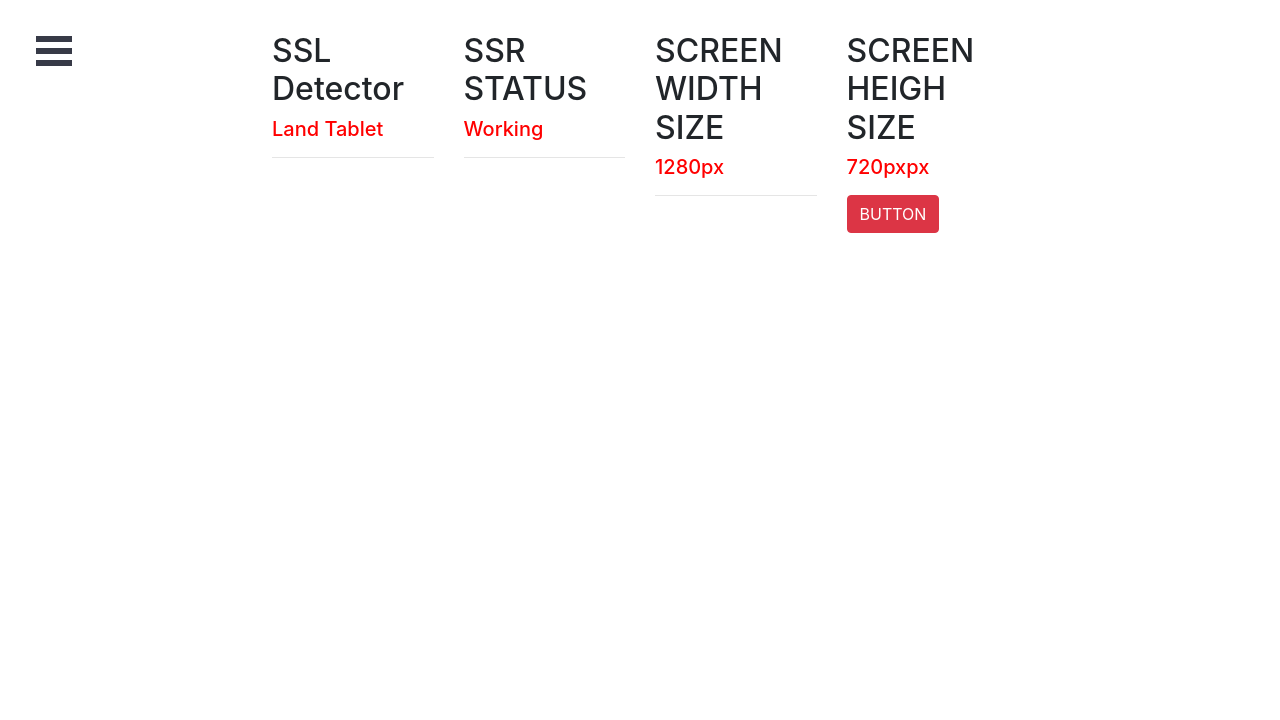
Repository: adrihle/screen-detector-nextpwa
Page: /
An editor plug-in stored every save of this project. The page is shown before and after the next save, followed by the edit.
The browser window is 1280 px wide. The pictures show the whole page.
The project was rebuilt for these pictures with package versions that can differ from the ones it lists, and the page was loaded fresh each time. The framework's server and built-in components were replaced by stand-ins that run in the browser. Imported but missing from the stored project, and not drawn on this page: pages/_document.

Above is the page before, as saved 2020-12-29 18:32:42.

### pages/_app.js
import App, { Container } from "next/app";
import Head from "next/head";
import styled, { createGlobalStyle } from "styled-components";
import { title } from "./_document";
import ScreenSizeLayout from '../components/smart/ScreenSizeLayout'

// Any global CSS variables and selectors we want
const GlobalStyle = createGlobalStyle`
  :root {
    --padding: 2rem;
    --max-width: 50rem;
  }

  body {
    background: var(--background--1);
    font-family: 'PT Sans', sans-serif;
    margin: 0;
  }
`;

const Main = styled.main`
  margin: 0 auto;
  max-width: var(--max-width);
  padding: var(--padding);
`;

export default class MyApp extends App {
  static async getInitialProps({ Component, ctx }) {
    let pageProps = {};

    if (Component.getInitialProps) {
      pageProps = await Component.getInitialProps(ctx);
    }

    return { pageProps };
  }

  render() {
    const { Component, pageProps, router } = this.props;

    return (
      <>
        <Head>
          <title>{title}</title>
          <link rel="stylesheet" href="https://stackpath.bootstrapcdn.com/bootstrap/4.3.1/css/bootstrap.min.css" integrity="sha384-ggOyR0iXCbMQv3Xipma34MD+dH/1fQ784/j6cY/iJTQUOhcWr7x9JvoRxT2MZw1T" crossorigin="anonymous"></link>
        </Head>
        <Container>
          {/* here a style layout */}
          <Main>
            {/* here a smart screen detector */}
            <ScreenSizeLayout>
              <Component {...pageProps} router={router} />
            </ScreenSizeLayout>
          </Main>
          <GlobalStyle />
        </Container>
      </>
    );
  }
}

### pages/index.js
import Nav from '../components/navigation/mobile'

const Index = ({ server, measures, screen }) => {

  const width = measures && measures[0] + 'px'
  const heigh = measures && measures[1] + 'px'


  return (
    <div  id='container'>
      <Nav pageWrap={'content'} outerContainer={'container'} />
      <div className='row' id='content'>
        <div className="col-md-6 col-lg-3">
          <h2>SSL Detector</h2>
          <h5 style={{color:'red'}}>{screen}</h5>
          <hr />
        </div>
        <div className="col-md-6 col-lg-3">
          <h2>SSR STATUS</h2>
          <h5 style={{color:'red'}}>{server ? 'Working' : 'Not Working'}</h5>
          <hr />
        </div>
        <div className="col-md-6 col-lg-3">
          <h2>SCREEN WIDTH SIZE</h2>
          <h5 style={{color:'red'}}>{width}</h5>
          <hr/>
        </div>
        <div className="col-md-6 col-lg-3">
          {(measures && measures[0]>240) && (
            <>
              <h2>SCREEN HEIGH SIZE</h2>
              <h5 style={{color:'red'}}>{`${heigh}px`}</h5>
              <button className='btn btn-danger mt-2'>BUTTON</button>
            </>
          )}
        </div>
      </div>
    </div>
  )
}

Index.getInitialProps = async function() {
  return {
    server: true,
  }
};

export default Index;

### components/smart/ScreenSizeLayout.tsx
import {Children, cloneElement, useState, useEffect } from 'react'

const ScreenSizeLayout = ({ children }) => {

    const [screen, setScreen] = useState(null)
    const [measures, setMeasures] = useState(null)

    const handleSize = () => {
        let width = window.innerWidth
        let heigh = window.innerHeight
        setMeasures([width, heigh])

        let landscape = width > heigh

        if (width < 420){setScreen('Mobile')}
        else if (width > 420 && width < 850 && landscape){setScreen('Land Mobile')}
        else if (width > 420 && width < 1300 && !landscape){setScreen('Tablet')}
        else if (width > 820 && width < 1400 && landscape){setScreen('Land Tablet')}
        else {setScreen('Desktop')}
    }

    useEffect(() => {
        handleSize()
        window.addEventListener('resize', handleSize)
        return () => {window.removeEventListener('resize', handleSize)}
    },[])

    const childrenWithProps = Children.map(children, child => {
        return cloneElement(child, {
            measures,
            screen
        });
      });

    return (
        <>
            {childrenWithProps}
        </>
    )
}

export default ScreenSizeLayout

### components/navigation/mobile.tsx
import { slide as Menu } from 'react-burger-menu'

var styles = {
    bmBurgerButton: {
      position: 'fixed',
      width: '36px',
      height: '30px',
      left: '36px',
      top: '36px'
    },
    bmBurgerBars: {
      background: '#373a47'
    },
    bmBurgerBarsHover: {
      background: '#a90000'
    },
    bmCrossButton: {
      height: '24px',
      width: '24px'
    },
    bmCross: {
      background: '#bdc3c7'
    },
    bmMenuWrap: {
      position: 'fixed',
      height: '100%'
    },
    bmMenu: {
      background: '#373a47',
      padding: '2.5em 1.5em 0',
      fontSize: '1.15em'
    },
    bmMorphShape: {
      fill: '#373a47'
    },
    bmItemList: {
      color: '#b8b7ad',
      padding: '0.8em'
    },
    bmItem: {
      display: 'inline-block'
    },
    bmOverlay: {
      background: 'rgba(0, 0, 0, 0.3)'
    }
  }

const Mobile = ({ outerContainer, pageWrap }) => {
    return (
        <Menu styles={styles}>
            <a id="home" className="menu-item" href="/">Home</a>
            <a id="about" className="menu-item" href="/about">About</a>
            <a id="contact" className="menu-item" href="/contact">Contact</a>
        </Menu>
    )
}

export default Mobile

After the next save:
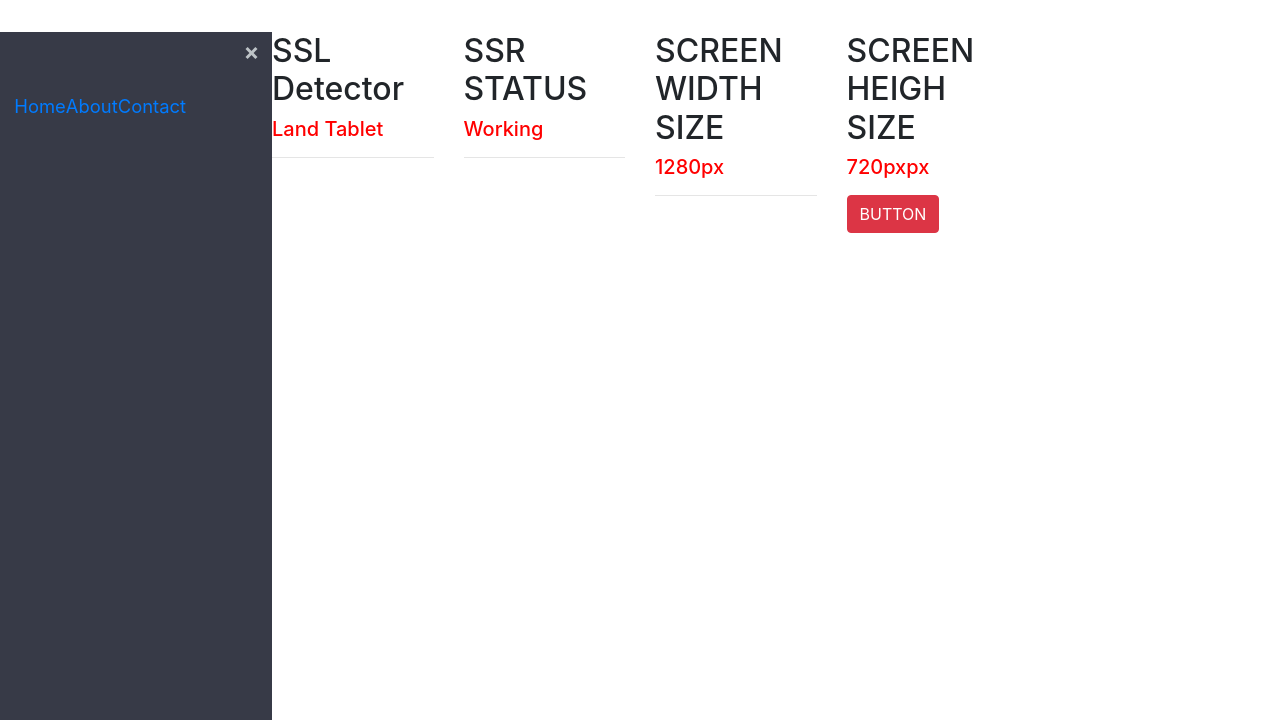
Saved 2 min 52 s later.
--- a/pages/_app.js
+++ b/pages/_app.js
@@ -3,6 +3,7 @@ import Head from "next/head";
 import styled, { createGlobalStyle } from "styled-components";
 import { title } from "./_document";
 import ScreenSizeLayout from '../components/smart/ScreenSizeLayout'
+import Menu from '../components/navigation/mobile'
 
 // Any global CSS variables and selectors we want
 const GlobalStyle = createGlobalStyle`
@@ -46,6 +47,7 @@ export default class MyApp extends App {
         </Head>
         <Container>
           {/* here a style layout */}
+          <Menu />
           <Main>
             {/* here a smart screen detector */}
             <ScreenSizeLayout>

After the save that followed:
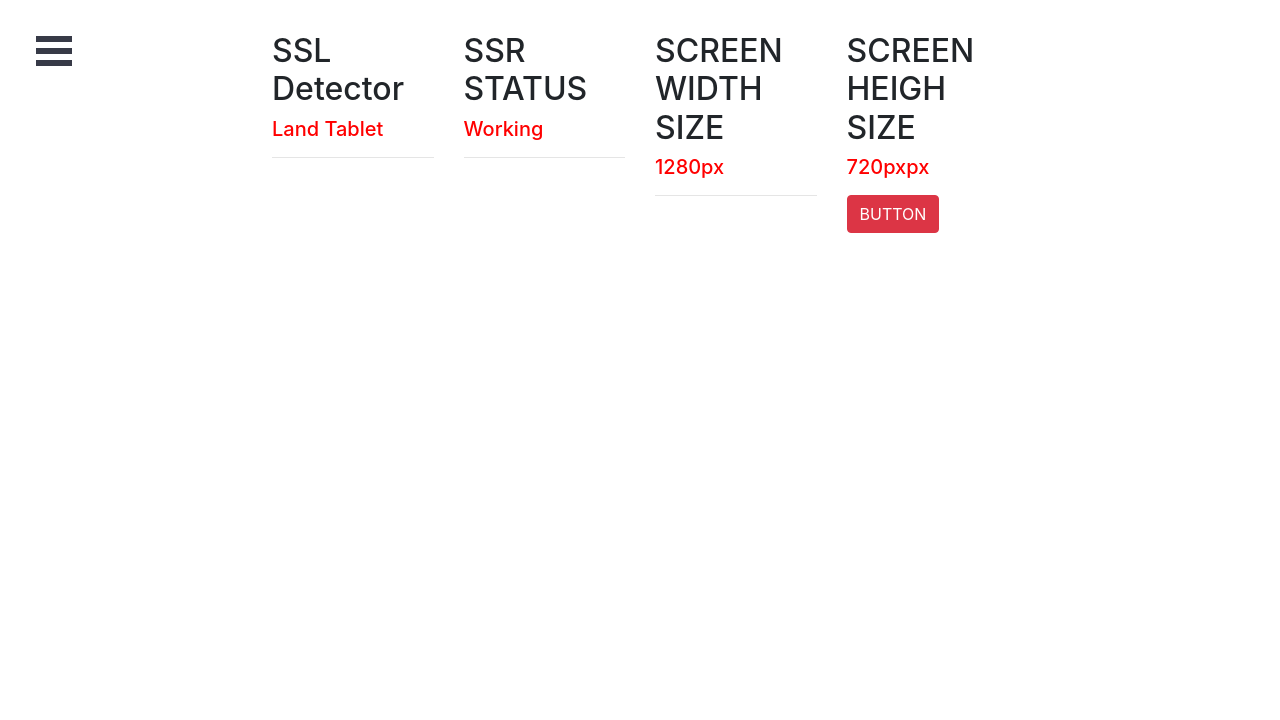
Saved 7 s later.
--- a/pages/index.js
+++ b/pages/index.js
@@ -8,7 +8,6 @@ const Index = ({ server, measures, screen }) => {
 
   return (
     <div  id='container'>
-      <Nav pageWrap={'content'} outerContainer={'container'} />
       <div className='row' id='content'>
         <div className="col-md-6 col-lg-3">
           <h2>SSL Detector</h2>
